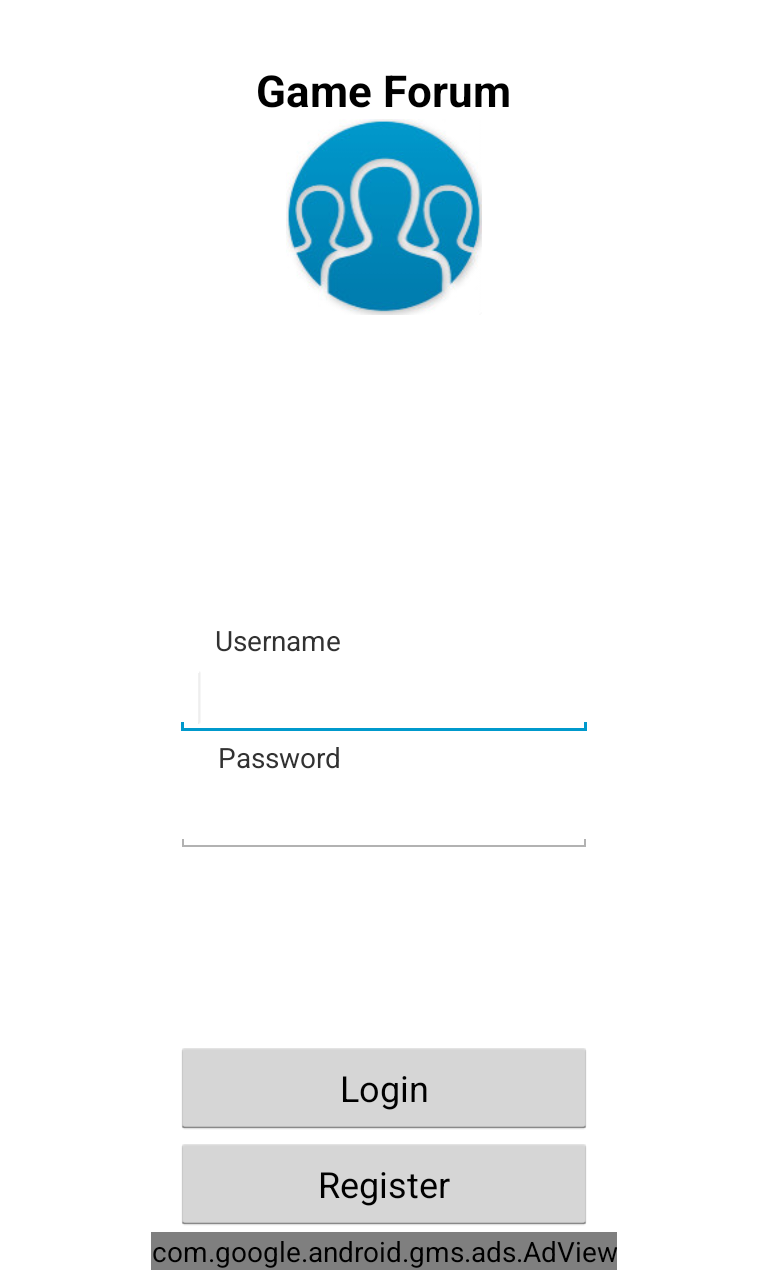
Repository: yuanpeixin/Project
Layout: GameForum/res/layout/login.xml
These files come from the project's save history. The layout is drawn as it stood at one moment and after the next save; the edit follows.
Pictures or frames that could not be fetched are drawn as grey boxes. It is drawn on a 768 x 1280 px phone screen (xhdpi) without system bars, with theme AppTheme; the app's code is not run.

Above is the layout before, as saved 2015-10-09 02:56:09.

### GameForum/res/layout/login.xml
<?xml version="1.0" encoding="utf-8"?>
<RelativeLayout xmlns:android="http://schemas.android.com/apk/res/android"
    xmlns:ads="http://schemas.android.com/apk/res-auto"
    xmlns:tools="http://schemas.android.com/tools"
    android:layout_width="match_parent"
    android:layout_height="match_parent" >

    <com.google.android.gms.ads.AdView
        android:id="@+id/adView"
        android:layout_width="wrap_content"
        android:layout_height="wrap_content"
        android:layout_alignParentBottom="true"
        android:layout_centerHorizontal="true"
        android:layout_marginBottom="5dp"
        ads:adSize="BANNER"
        ads:adUnitId="@string/banner_ad_unit_id" >
    </com.google.android.gms.ads.AdView>

    <Button
        android:id="@+id/register"
        android:layout_width="wrap_content"
        android:layout_height="wrap_content"
        android:layout_above="@+id/adView"
        android:layout_alignLeft="@+id/login"
        android:layout_alignRight="@+id/login"
        android:text="Register" />

    <Button
        android:id="@+id/login"
        android:layout_width="wrap_content"
        android:layout_height="wrap_content"
        android:layout_above="@+id/register"
        android:layout_alignLeft="@+id/password"
        android:layout_alignRight="@+id/password"
        android:text="Login" />

    <EditText
        android:id="@+id/password"
        android:layout_width="wrap_content"
        android:layout_height="wrap_content"
        android:layout_below="@+id/TextView01"
        android:layout_centerHorizontal="true"
        android:ems="10"
        android:inputType="textPassword" >
    </EditText>

    <TextView
        android:id="@+id/textView2"
        android:layout_width="wrap_content"
        android:layout_height="wrap_content"
        android:layout_alignParentTop="true"
        android:layout_centerHorizontal="true"
        android:layout_marginTop="30dp"
        android:gravity="center"
        android:text="Game Forum"
        android:textAppearance="?android:attr/textAppearanceLarge"
        android:textStyle="bold" />

    <ImageView
        android:id="@+id/imageView1"
        android:layout_width="wrap_content"
        android:layout_height="wrap_content"
        android:layout_below="@+id/textView2"
        android:layout_centerHorizontal="true"
        android:src="@drawable/forum_icon" />

    <TextView
        android:id="@+id/TextView01"
        android:layout_width="wrap_content"
        android:layout_height="wrap_content"
        android:layout_below="@+id/username"
        android:layout_alignLeft="@+id/password"
        android:layout_marginLeft="22dp"
        android:text="Password" />

    <EditText
        android:id="@+id/username"
        android:layout_width="wrap_content"
        android:layout_height="wrap_content"
        android:layout_below="@+id/textView1"
        android:layout_centerHorizontal="true"
        android:ems="10" >

        <requestFocus />
    </EditText>

    <TextView
        android:id="@+id/textView1"
        android:layout_width="wrap_content"
        android:layout_height="wrap_content"
        android:layout_alignRight="@+id/TextView01"
        android:layout_centerVertical="true"
        android:text="Username" />

</RelativeLayout>

### GameForum/res/values/styles.xml
<resources>

    <!--
        Base application theme, dependent on API level. This theme is replaced
        by AppBaseTheme from res/values-vXX/styles.xml on newer devices.

    -->
    <style name="AppBaseTheme" parent="android:Theme.Light">
        <!--
            Theme customizations available in newer API levels can go in
            res/values-vXX/styles.xml, while customizations related to
            backward-compatibility can go here.

        -->
    </style>

    <!-- Application theme. -->
    <style name="AppTheme" parent="AppBaseTheme">
        <!-- All customizations that are NOT specific to a particular API-level can go here. -->
    </style>

    <style name="WhiteText">
        <item name="android:layout_width">fill_parent</item>
        <item name="android:layout_height">wrap_content</item>
        <item name="android:textColor">#ffffff</item>
        <item name="android:gravity">center</item>
        <item name="android:layout_margin">1dp</item>
        <item name="android:textSize">18sp</item>
        <item name="android:textStyle">bold</item>
        <item name="android:shadowColor">#000000</item>
        <item name="android:shadowDx">1</item>
        <item name="android:shadowDy">1</item>
        <item name="android:shadowRadius">2</item>
    </style>

    <style name="BlackText">
        <item name="android:layout_width">fill_parent</item>
        <item name="android:layout_height">wrap_content</item>
        <item name="android:textColor">#000000</item>
        <item name="android:gravity">center</item>
        <item name="android:layout_margin">5dp</item>
        <item name="android:textSize">25sp</item>
        <item name="android:textStyle">bold</item>
        <item name="android:shadowColor">#ffffff</item>
        <item name="android:shadowDx">1</item>
        <item name="android:shadowDy">1</item>
        <item name="android:shadowRadius">2</item>
    </style>



</resources>

### GameForum/res/values/strings.xml
<resources>

    <string name="app_name">GameForum</string>
    <string name="username_textview">Username:</string>
    <string name="password_textview">Password:</string>
    <string name="submit">Submit</string>

    <!-- string ids for home.xml -->
    <string name="post_comment">Post Comment</string>
    <string name="read_comments_title">Recent Comments</string>
    <string name="passwords_not_same">Passwords don\'t match</string>
	<string name="banner_ad_unit_id">ca-app-pub-3673983865885023/6245257391</string>
</resources>

### GameForum/res/drawable-hdpi/black_button.xml
<?xml version="1.0" encoding="utf-8"?>
<selector xmlns:android="http://schemas.android.com/apk/res/android">

    <item android:state_pressed="true"><shape>
            <solid android:color="#343434" />

            <stroke android:width="1dp" android:color="#171717" />

            <corners android:radius="3dp" />

            <padding android:bottom="10dp" android:left="10dp" android:right="10dp" android:top="10dp" />
        </shape></item>
    <item><shape>
            <gradient android:angle="270" android:endColor="#171717" android:startColor="#343434" />

            <stroke android:width="1dp" android:color="#171717" />

            <corners android:radius="4dp" />

            <padding android:bottom="10dp" android:left="10dp" android:right="10dp" android:top="10dp" />
        </shape></item>

</selector>

Loaded but not shown: GameForum/res/values-v11/styles.xml (common file); GameForum/res/values-v14/styles.xml (common file)

After the next save:
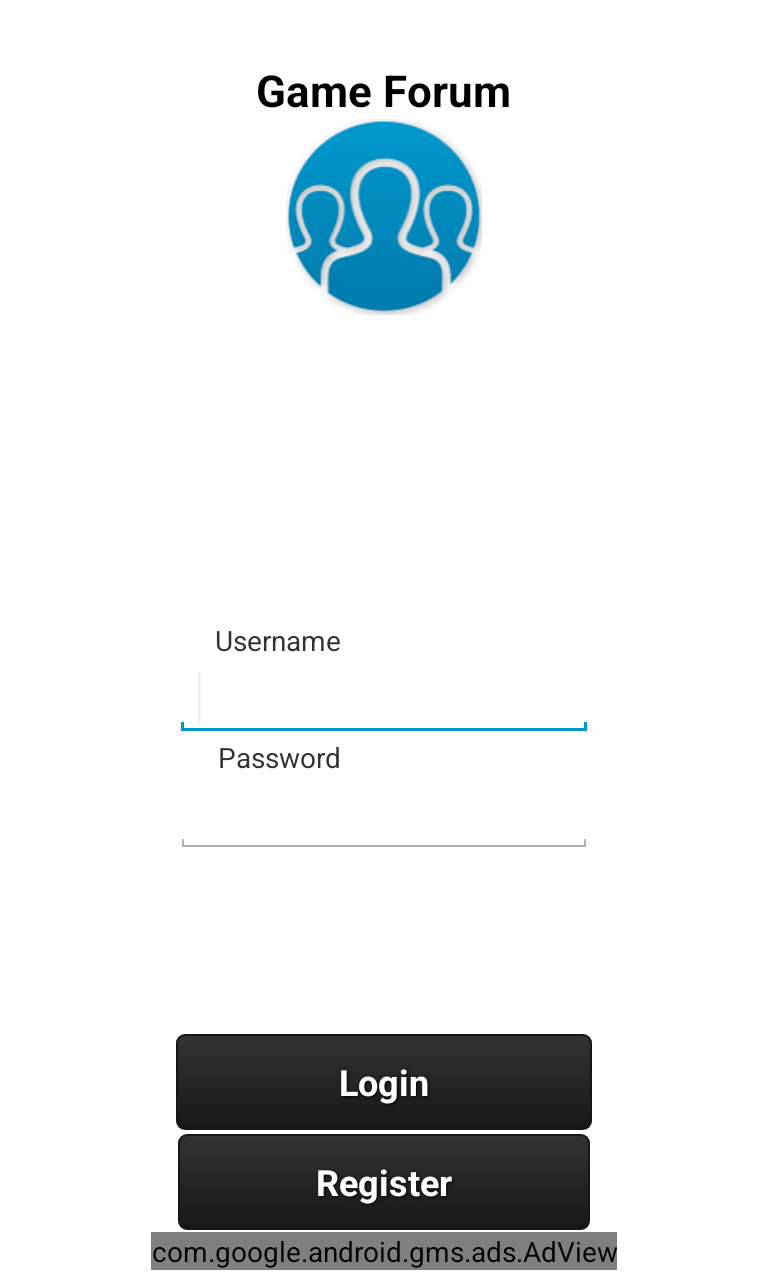
Saved 74 s later.
--- a/GameForum/res/layout/login.xml
+++ b/GameForum/res/layout/login.xml
@@ -18,20 +18,24 @@
 
     <Button
         android:id="@+id/register"
+        style="@style/WhiteText"
         android:layout_width="wrap_content"
         android:layout_height="wrap_content"
         android:layout_above="@+id/adView"
         android:layout_alignLeft="@+id/login"
         android:layout_alignRight="@+id/login"
+        android:background="@drawable/black_button"
         android:text="Register" />
 
     <Button
         android:id="@+id/login"
+        style="@style/WhiteText"
         android:layout_width="wrap_content"
         android:layout_height="wrap_content"
         android:layout_above="@+id/register"
         android:layout_alignLeft="@+id/password"
         android:layout_alignRight="@+id/password"
+        android:background="@drawable/black_button"
         android:text="Login" />
 
     <EditText
@@ -68,8 +72,8 @@
         android:id="@+id/TextView01"
         android:layout_width="wrap_content"
         android:layout_height="wrap_content"
+        android:layout_alignLeft="@+id/password"
         android:layout_below="@+id/username"
-        android:layout_alignLeft="@+id/password"
         android:layout_marginLeft="22dp"
         android:text="Password" />
 
